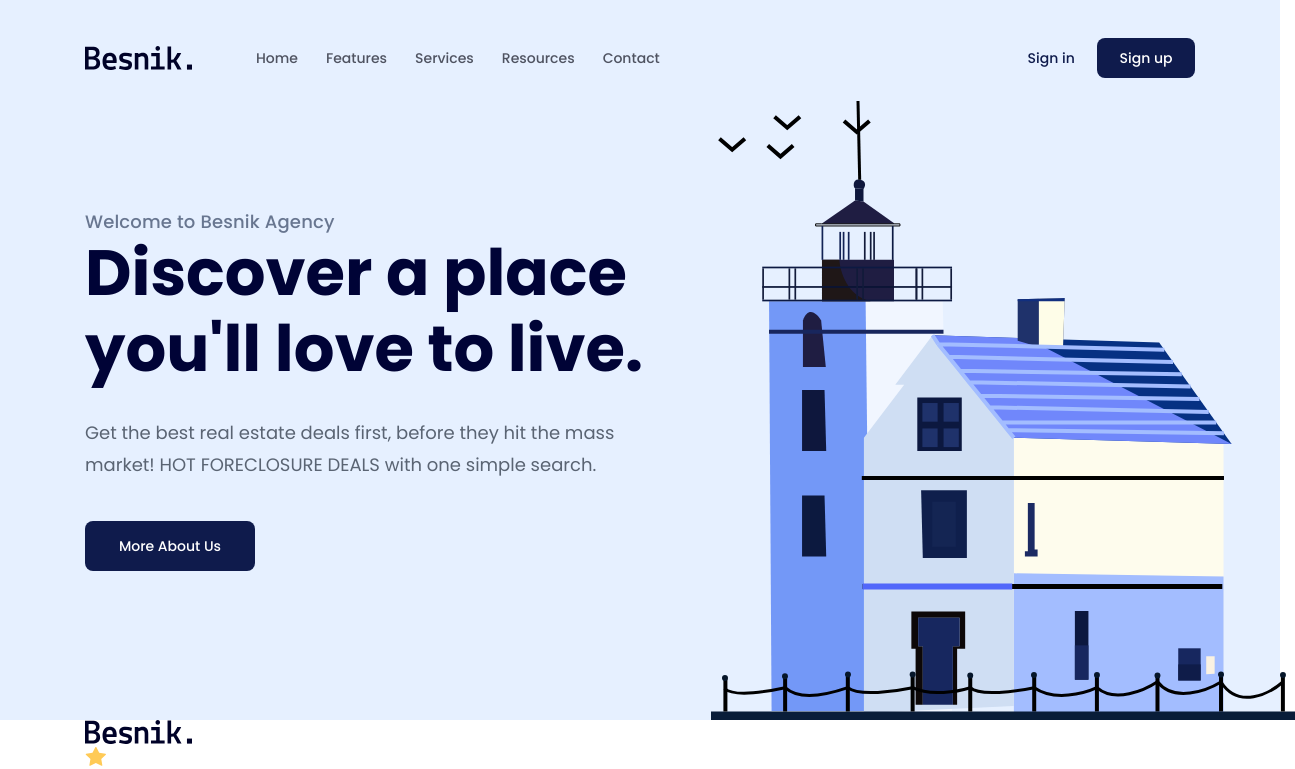
Repository: vancong171001/f8-html-css-01
Page: index.html
An editor plug-in stored every save of this project. The page is shown before and after the next save, followed by the edit.
The browser window is 1280 px wide. The page is 1295 px wide, so the pictures cover 1295 px, including what lies to the right of the window. The pictures show the whole page.

Above is the page before, as saved 2025-02-20 10:39:11.

After the next save:
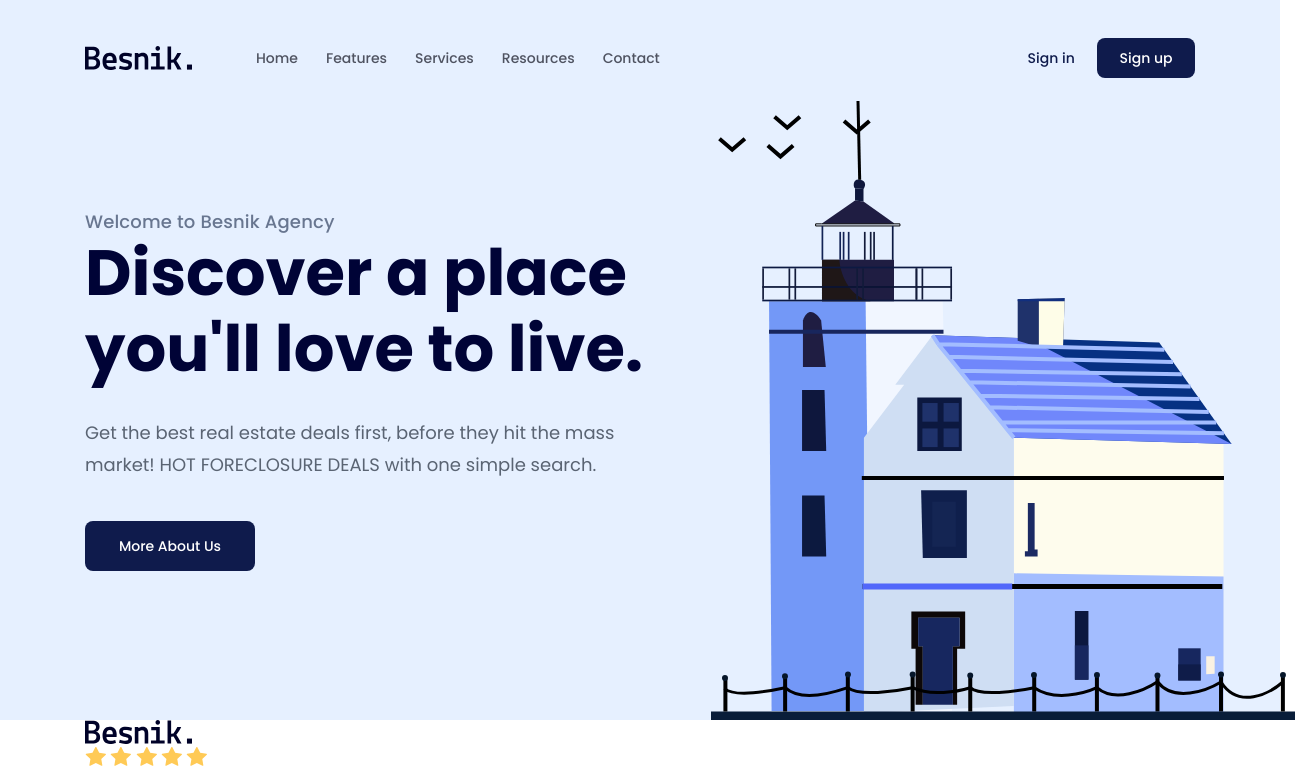
Saved 4 s later.
--- a/index.html
+++ b/index.html
@@ -71,6 +71,10 @@
             <!-- Stars -->
             <div class="stars">
               <img src="./assets/img/star.svg" alt="Star">
+              <img src="./assets/img/star.svg" alt="Star">
+              <img src="./assets/img/star.svg" alt="Star">
+              <img src="./assets/img/star.svg" alt="Star">
+              <img src="./assets/img/star.svg" alt="Star">
             </div>
           </div>
         </div>
